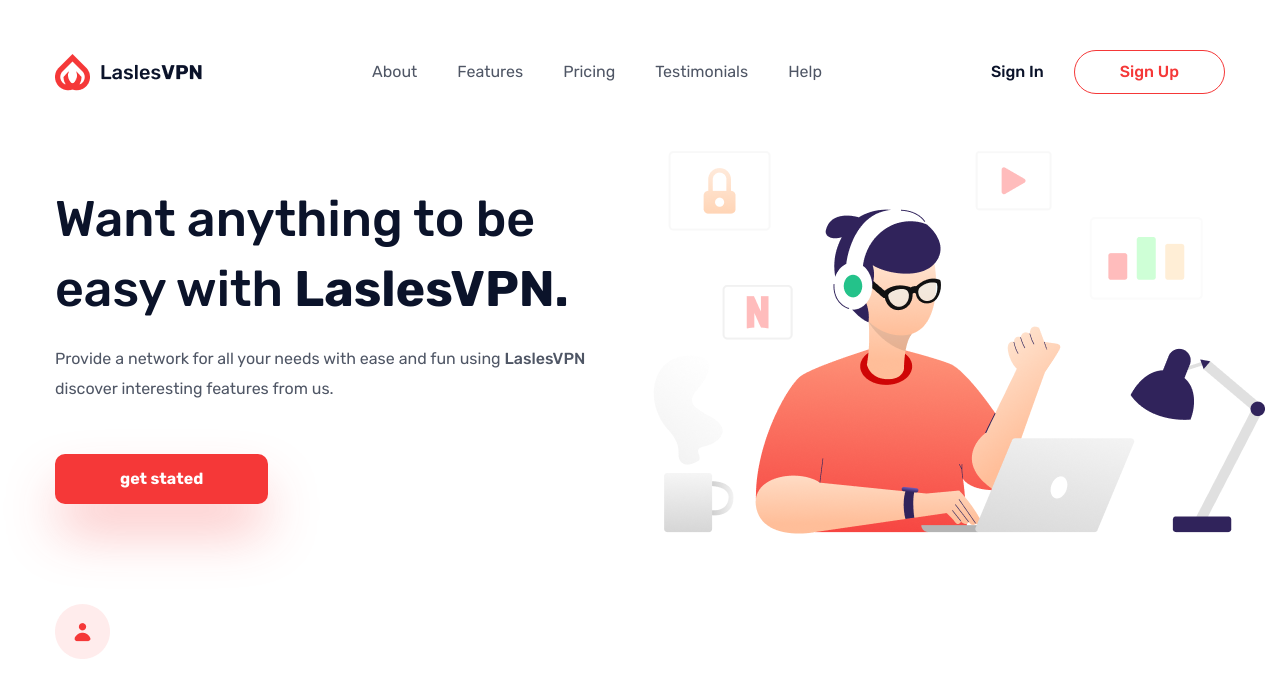
Repository: longvuht/lasles-VPN-vu
Page: index.html
The author's editor kept a copy of each file at every save. The page is drawn from the files as they stood at one save, then again after the next save.
The browser window is 1280 px wide. The pictures show the whole page.
The style sheet was rebuilt from its Sass, Less or Tailwind sources for each picture, by a compiler version that may differ from the author's.

Above is the page before, as saved 2022-09-10 17:02:47.

### index.html
<!DOCTYPE html>
<html lang="en">
  <head>
    <meta charset="UTF-8" />
    <meta name="viewport" content="width=device-width, initial-scale=1.0" />
    <title>lasles vpn vu</title>
    <link rel="preconnect" href="https://fonts.googleapis.com" />
    <link rel="preconnect" href="https://fonts.gstatic.com" crossorigin />
    <link
      href="https://fonts.googleapis.com/css2?family=Rubik:wght@400;500;700&display=swap"
      rel="stylesheet"
    />
    <link rel="stylesheet" href="./css/style.css" />
  </head>
  <body>
    <div class="wrapper">
      <header class="header">
        <div class="container">
          <div class="header-container">
            <img
              src="./img/header-logo.png"
              alt="header logo"
              class="header-logo"
            />
            <ul class="menu">
              <li class="menu-item">
                <a href="#" class="menu-link">About</a>
              </li>
              <li class="menu-item">
                <a href="#" class="menu-link">Features</a>
              </li>
              <li class="menu-item">
                <a href="#" class="menu-link">Pricing</a>
              </li>
              <li class="menu-item">
                <a href="#" class="menu-link">Testimonials</a>
              </li>
              <li class="menu-item">
                <a href="#" class="menu-link">Help</a>
              </li>
            </ul>
            <div class="header-auth">
              <a href="#none" class="header-signin">sign in</a>
              <a href="#none" class="button button--outline">sign up</a>
            </div>
          </div>
        </div>
      </header>
      <main>
        <section class="hero">
          <div class="container">
            <div class="hero-container">
              <div class="hero-content">
                <h1 class="hero-heading">
                  Want anything to be easy with <strong>LaslesVPN.</strong>
                </h1>
                <p class="hero-desc">
                  Provide a network for all your needs with ease and fun using
                  <strong>LaslesVPN</strong> discover interesting features from
                  us.
                </p>
                <a href="#" class="button button--rounded button--primary"
                  >get stated</a
                >
              </div>
              <div class="hero-image">
                <img src="./img/hero-img.png" alt="hero image" />
              </div>
            </div>
          </div>
        </section>
        <section class="intro">
          <div class="container">
            <div class="intro-container">
              <div class="intro-item">
                <div class="intro-icon">
                  <img src="./img/user.png" alt="user icon" />
                </div>
            </div>
          </div>
        </section>
      </main>
    </div>
  </body>
</html>

### sass/app.scss
@import "reset";
@import "variables";
@import "global";
@import "header";
@import "hero";

### sass/_variables.scss
$font: "Rubik", sans-serif;
$text-color: #4f5665;
$heading-color: #0b132a;
$primary-color: #f53838;
$grey-color: #dde0e4;

### sass/_global.scss
.wrapper {
  max-width: 1440px;
  margin: 0 auto;
}
.container {
  max-width: 1170px;
  margin: 0 auto;
  padding: 0 15px;
}

body {
  line-height: 1;
  font-family: $font;
  color: $text-color;
  font-size: 16px;
  font-weight: 400;
}

.button {
  display: inline-block;
  padding: 13px 45px;
  border-radius: 100rem;
  font-family: $font;
  line-height: 1;
  font-weight: 500;
  font-size: 16px;
  text-decoration: none;
  outline: none;
  cursor: pointer;
  &--primary {
    font-weight: 700;
    background-color: $primary-color;
    color: #fff;
  }
  &--outline {
    background-color: transparent;
    color: $primary-color;
    font-weight: 500;
    border: 1px solid;
  }
  &--rounded {
    border-radius: 10px;
    padding: 17px 65px;
    box-shadow: 0 30px 54px -5px rgba(245, 56, 56, 0.35);
  }
}

### sass/_header.scss
.header {
  padding-top: 50px;
  padding-bottom: 90px;
  &-container {
    display: flex;
    justify-content: space-between;
    align-items: center;
  }
  &-auth {
    display: flex;
    align-items: center;
    gap: 0 30px;
    text-transform: capitalize;
  }
  &-signin {
    font-weight: 500;
    color: $heading-color;
    text-decoration: none;
  }
}

.menu {
  list-style: none;
  display: flex;
  align-items: center;
  gap: 0 40px;
  &-link {
    color: inherit;
    text-decoration: none;
  }
}

### sass/_hero.scss
.hero {
  padding-bottom: 100px;
  &-container {
    display: flex;
    justify-content: space-between;
    align-items: center;
    position: relative;
  }
  &-content {
    width: 100%;
    max-width: 555px;
  }
  &-image {
    position: absolute;
    top: 50%;
    transform: translate(40px, -50%);
    right: 0;
  }

  &-heading {
    font-size: 50px;
    font-weight: 500;
    margin-bottom: 20px;
    line-height: calc(70 / 50);
    color: $heading-color;
    strong {
      font-weight: 700;
    }
  }
  &-desc {
    line-height: calc(30 / 16);
    margin-bottom: 50px;
    strong {
      font-weight: 500;
    }
  }
}

Loaded but not shown: sass/_reset.scss (common file)

After the next save:
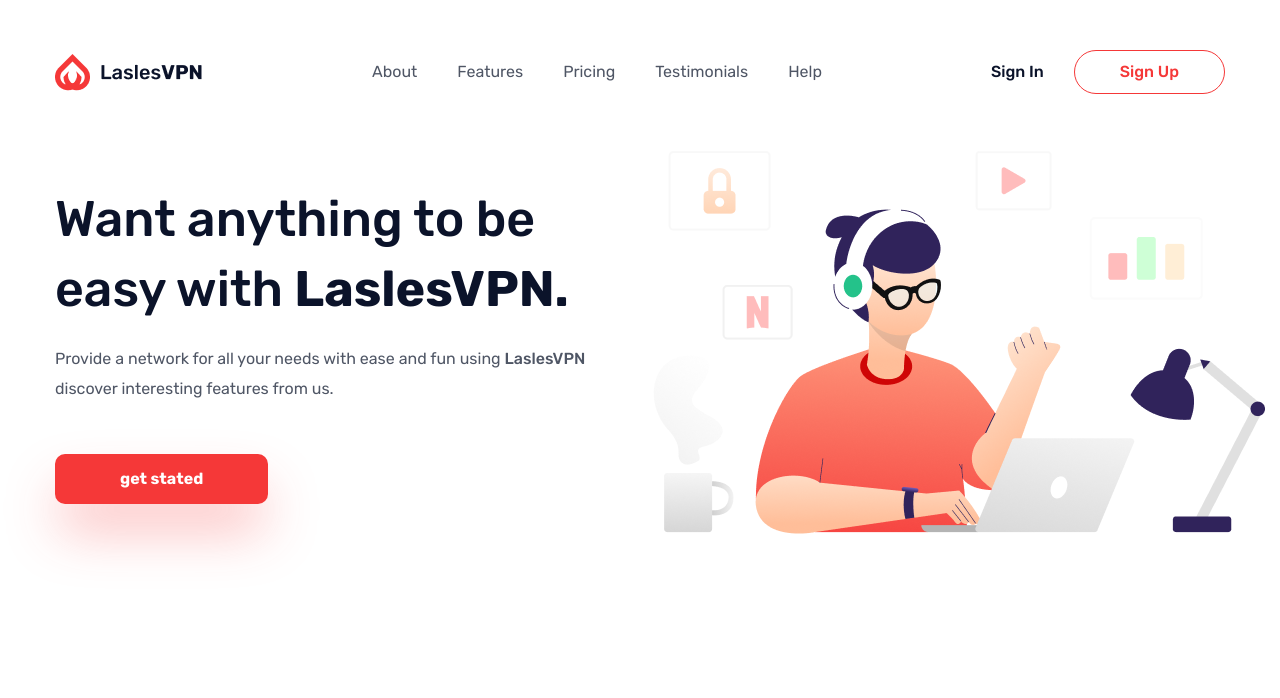
Saved 21 s later.
--- a/index.html
+++ b/index.html
@@ -70,12 +70,7 @@
           </div>
         </section>
         <section class="intro">
-          <div class="container">
-            <div class="intro-container">
-              <div class="intro-item">
-                <div class="intro-icon">
-                  <img src="./img/user.png" alt="user icon" />
-                </div>
+
             </div>
           </div>
         </section>

After the 3 saves that followed:
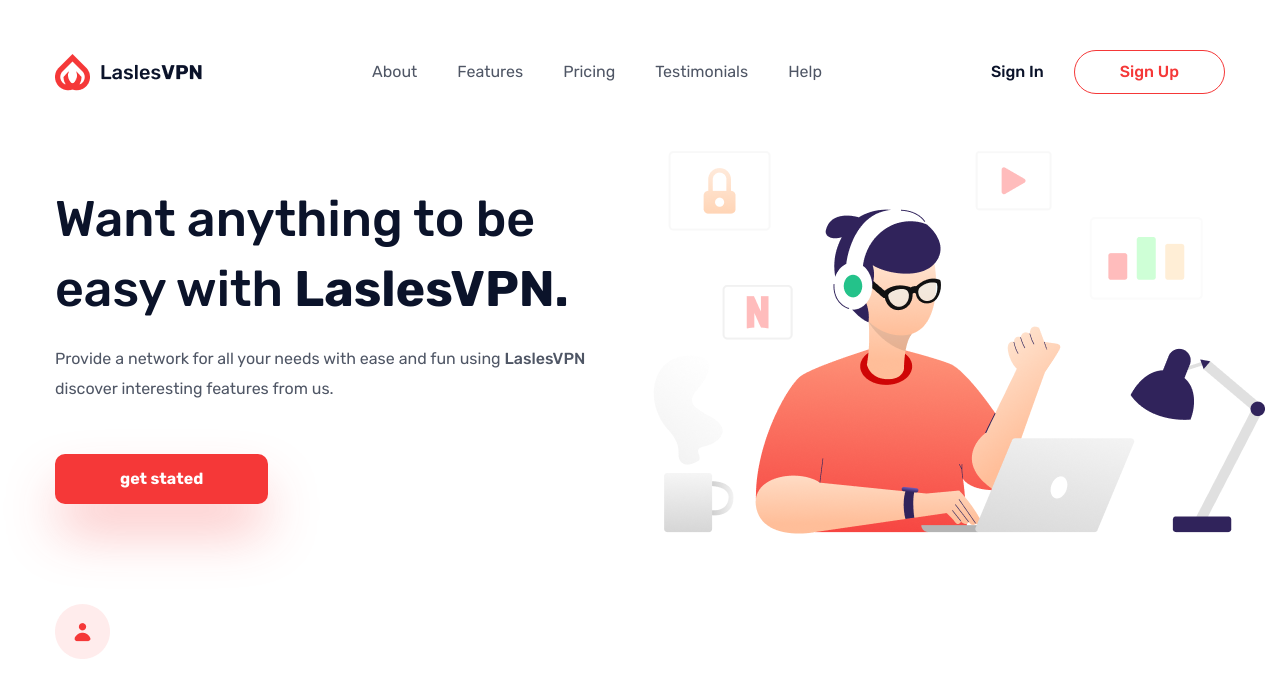
The 3 saves are shown as one change because 2 left the picture as it was.
The last was saved 2 min 47 s later.
--- a/index.html
+++ b/index.html
@@ -70,7 +70,14 @@
           </div>
         </section>
         <section class="intro">
-
+          <div class="container">
+            <div class="intro-container">
+              <div class="intro-item">
+                <div class="intro-icon">
+                  <img src="./img/user.png" alt="user icon" />
+                </div>
+                <div class="intro-info"></div>
+              </div>
             </div>
           </div>
         </section>
